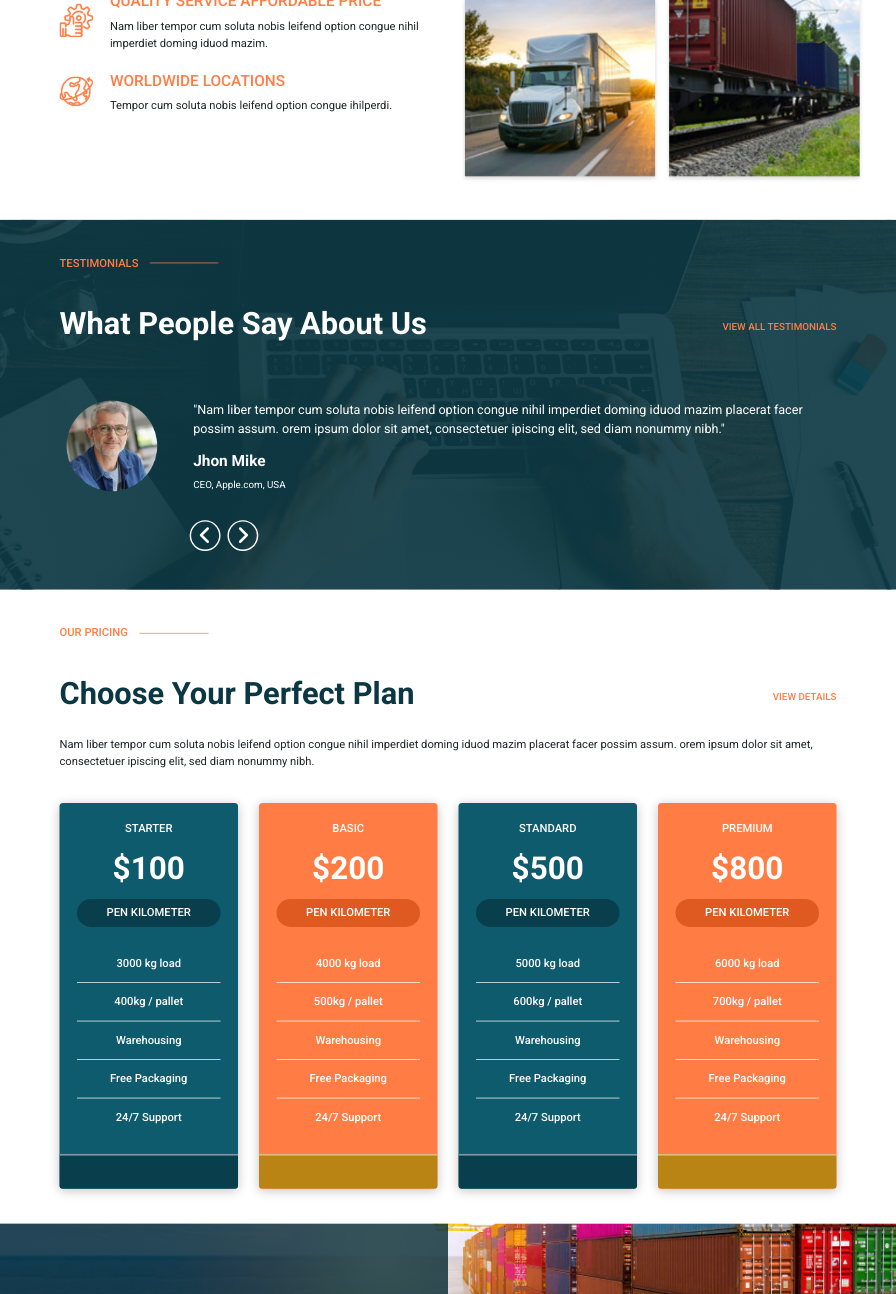
Repository: nazmulalok/shipping-theme
Page: index.html
These files come from the project's save history. The page is drawn as it stood at one moment and after the next save; the edit follows.
The browser window is 1280 px wide. The pictures show the part of the page from y = 2893 to 4813 px (the page is 4742 px tall before and 4813 px after), at 70% of full size.
Some web libraries are served in a nearby version.

Above is the page before, as saved 2022-10-09 16:26:42.

After the next save:
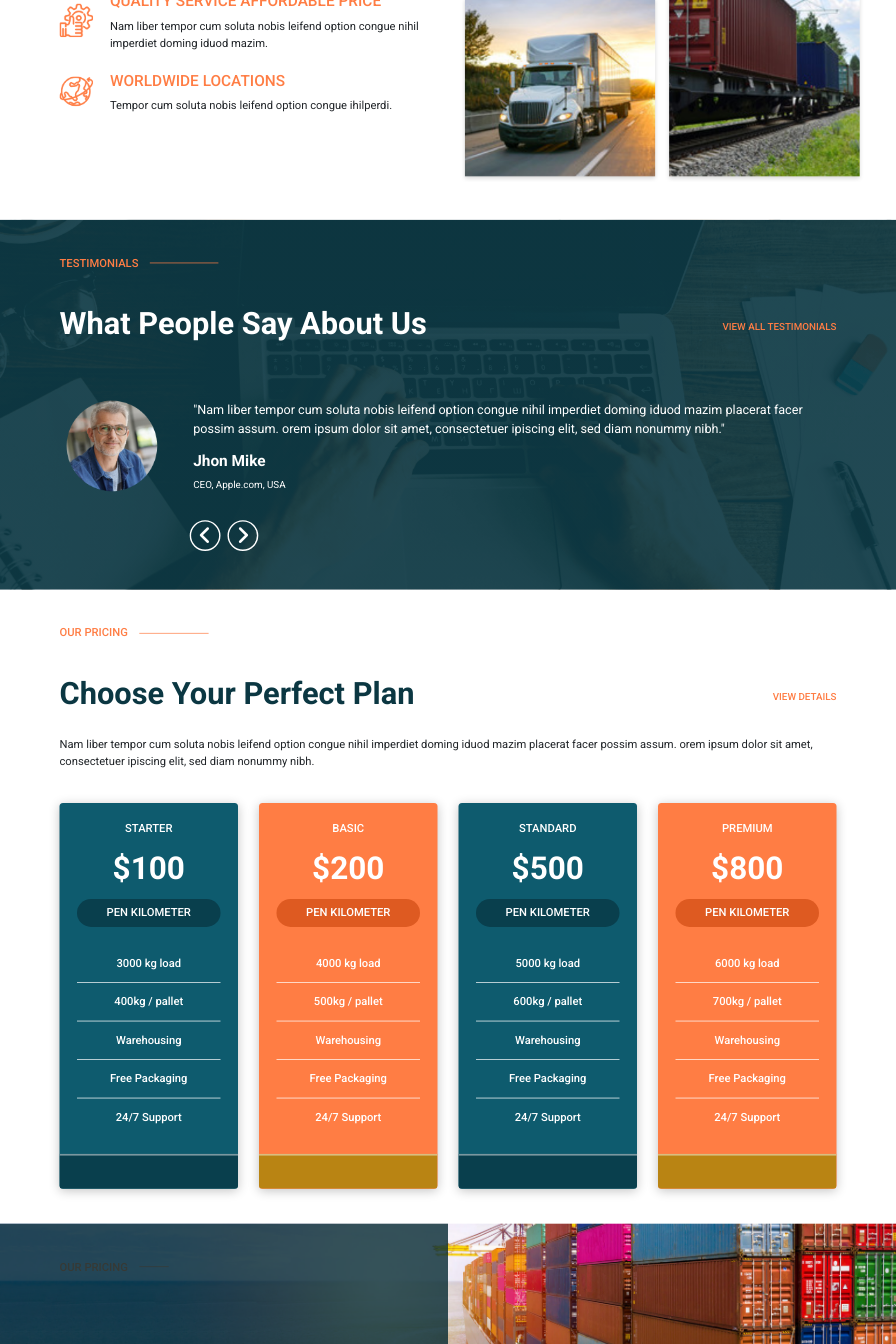
Saved 41 s later.
--- a/index.html
+++ b/index.html
@@ -437,9 +437,8 @@
         <div class="py-50 form-sec">
             <div class="container">
                 <div class="row">
-
-                    <div class="col-lg-6">
-
+                    <div class="col-lg-6">
+                        <span class="sp-title">Our Pricing</span>
                     </div>
                 </div>
             </div>
